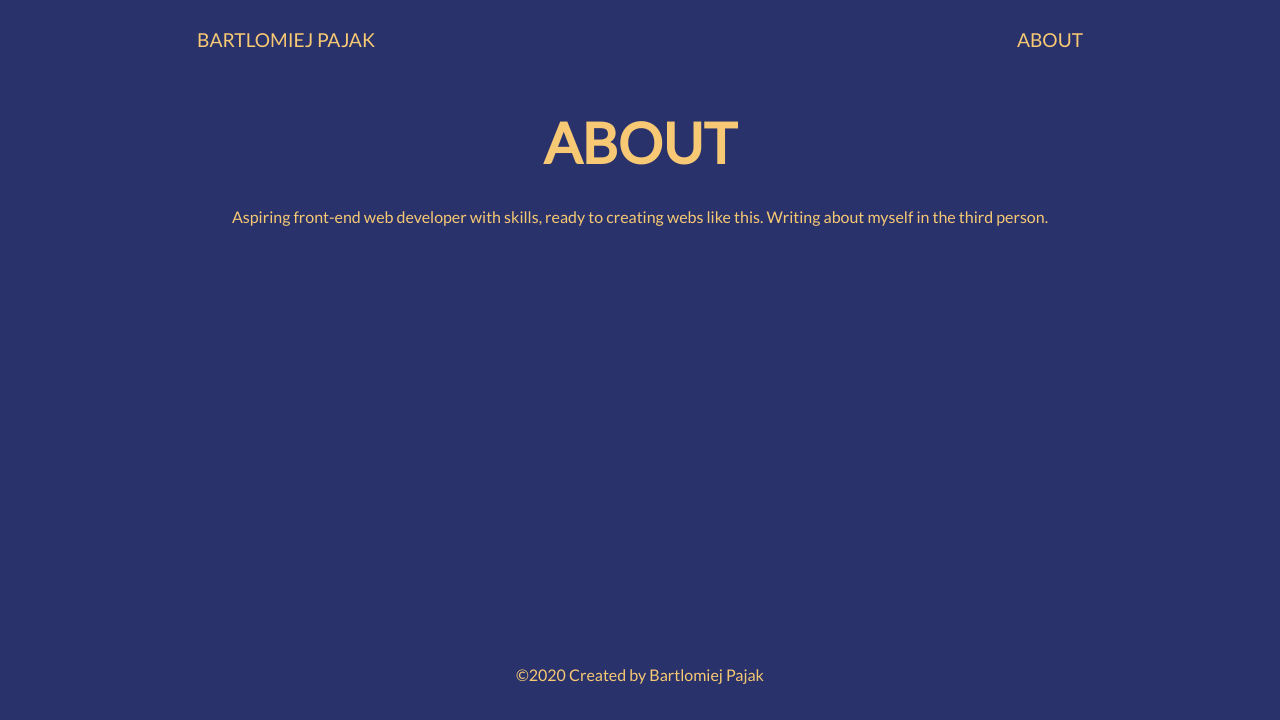
Repository: spidero7/personal-site
Page: about.html
An editor plug-in stored every save of this project. The page is shown before and after a run of saves, followed by the edit.
The browser window is 1280 px wide. The pictures show the whole page.

Above is the page before, as saved 2020-04-16 20:44:04.

After the next 5 saves:
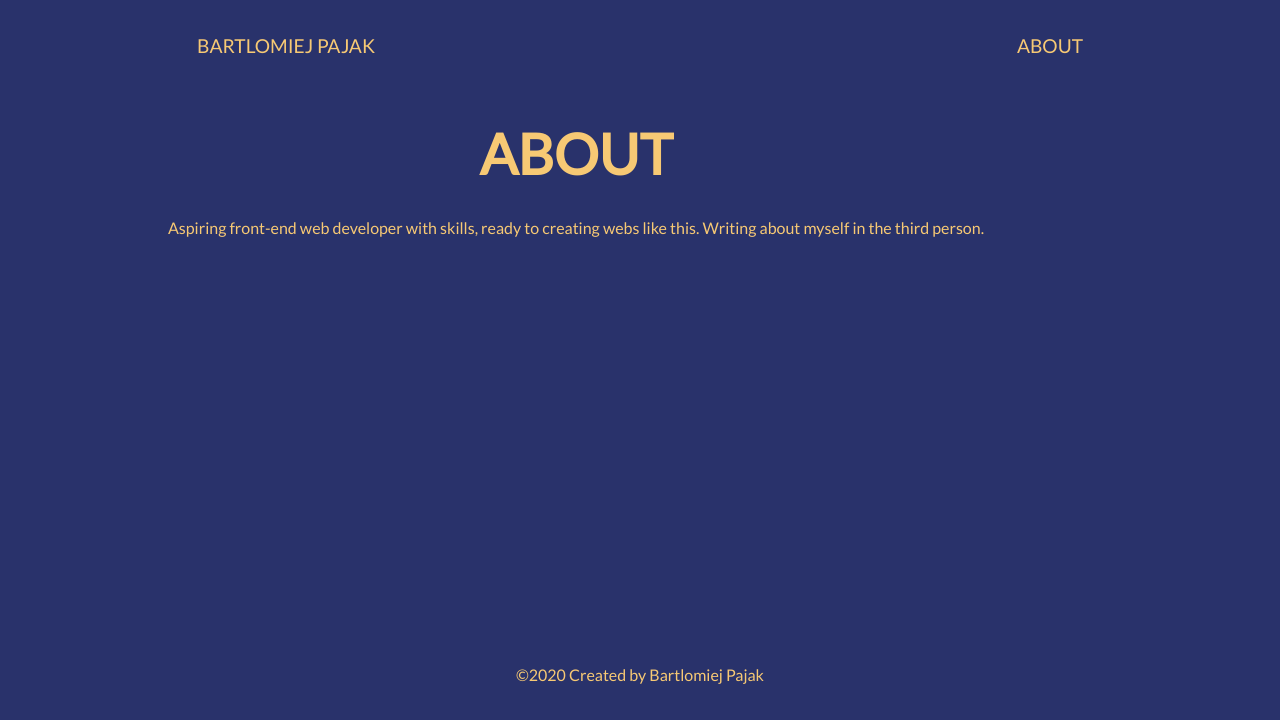
The 5 saves are shown as one change because they came seconds apart.
The last was saved 29 s later.
--- a/css/style.css
+++ b/css/style.css
@@ -70,7 +70,9 @@ a {
     text-align: center;
 }
 
-.
+.about-container {
+    width: 90%;
+}
 
 /* ---- Layout Containers ---- */
 
